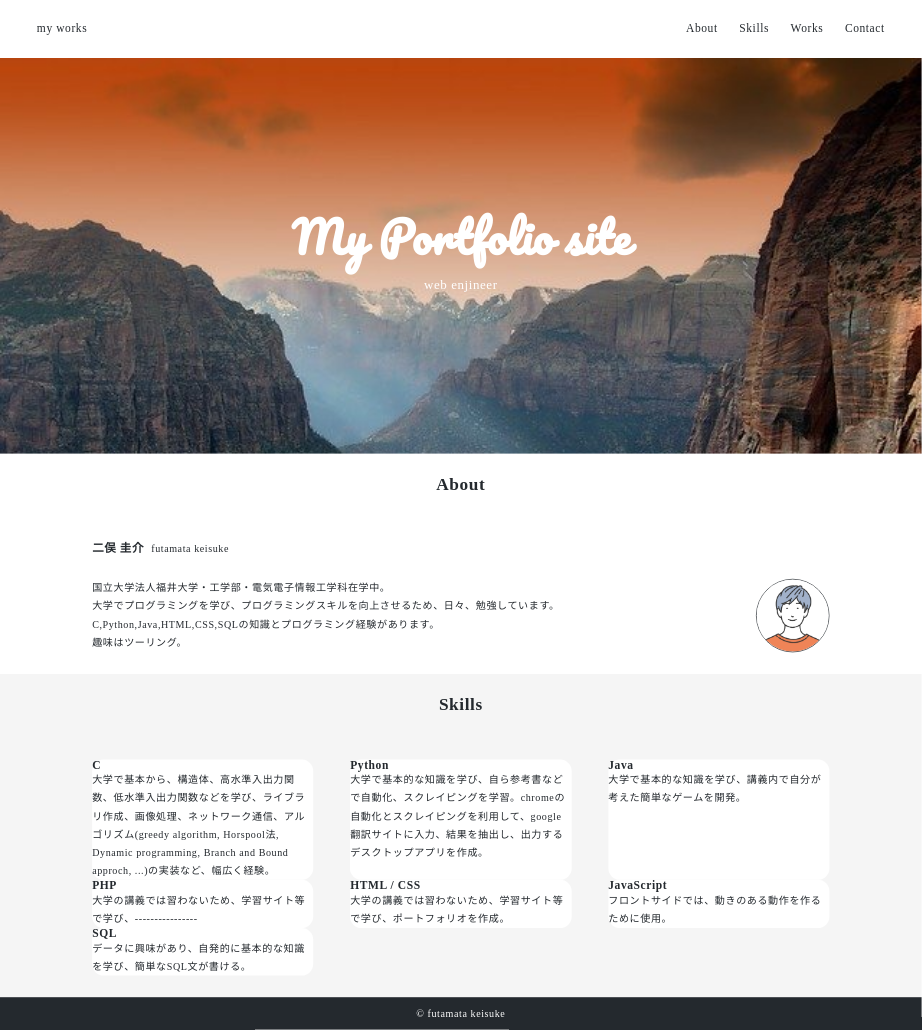
Repository: F-ksk/portfolio
Page: index.html
The author's editor kept a copy of each file at every save. The page is drawn from the files as they stood at one save, then again after the next save.
The browser window is 1280 px wide. The pictures show the whole page, at 72% of full size.

Above is the page before, as saved 2023-06-29 12:36:19.

### index.html
<!DOCTYPE html>
<html>
    <head>
        <meta charset="UTF-8" />
        <meta http-equiv="X-UA-Compatible" content="IE=edge" />
        <meta name="viewport" content="width=device-width, initial-scale=1.0" />
        <meta name="robots" content="noindex" />
        <title>My Portfolio</title>
        <link rel="stylesheet" href="css/reset.css" />
        <link rel="stylesheet" href="css/style.css" />
    </head>
    <body>

        <header>
            <a href="index.html">my works</a>
            <nav>
                <ul>
                    <li>About</li>
                    <li>Skills</li>
                    <li>Works</li>
                    <li>Contact</li>
                </ul>
            </nav>
        </header>

        <div class="main-visual">
            <div>
                <h1>My Portfolio site</h1>
                <p>web enjineer</p>
            </div>
        </div>

        <section id="about">
            <h2>About</h2>
            <div id="about-name">
                <h3>二俣 圭介</h3>
                <p>futamata keisuke</p>
            </div>
            <div id="about-detail">
                <p>
                    国立大学法人福井大学・工学部・電気電子情報工学科在学中。<br>
                    大学でプログラミングを学び、プログラミングスキルを向上させるため、日々、勉強しています。
                    C,Python,Java,HTML,CSS,SQLの知識とプログラミング経験があります。<br>
                    趣味はツーリング。
                </p>
                <img src="./img/man.jpg">
            </div>
        </section>
        <section id="skills">
            <h2>Skills</h2>
            <div class="skill-list">
                <div class="skill-item">
                    <h3>C</h3>
                    <p>大学で基本から、構造体、高水準入出力関数、低水準入出力関数などを学び、ライブラリ作成、画像処理、ネットワーク通信、アルゴリズム(greedy algorithm, Horspool法, Dynamic programming, Branch and Bound approch, ...)の実装など、幅広く経験。</p>
                </div>
                <div class="skill-item">
                    <h3>Python</h3>
                    <p>大学で基本的な知識を学び、自ら参考書などで自動化、スクレイピングを学習。chromeの自動化とスクレイピングを利用して、google翻訳サイトに入力、結果を抽出し、出力するデスクトップアプリを作成。</p>
                </div>
                <div class="skill-item">
                    <h3>Java</h3>
                    <p>大学で基本的な知識を学び、講義内で自分が考えた簡単なゲームを開発。</p>
                </div>
                <div class="skill-item">
                    <h3>PHP</h3>
                    <p>大学の講義では習わないため、学習サイト等で学び、----------------</p>
                </div>
                <div class="skill-item">
                    <h3>HTML / CSS</h3>
                    <p>大学の講義では習わないため、学習サイト等で学び、ポートフォリオを作成。</p>
                </div>
                <div class="skill-item">
                    <h3>JavaScript</h3>
                    <p>フロントサイドでは、動きのある動作を作るために使用。</p>
                </div>
                <div class="skill-item">
                    <h3>SQL</h3>
                    <p>データに興味があり、自発的に基本的な知識を学び、簡単なSQL文が書ける。</p>
                </div>
            </div>
        </section>
        <footer>
            <p>&copy; futamata keisuke</p>
        </footer>
    </body>
</html>

### css/style.css
@charset "UTF-8";
@import url('https://fonts.googleapis.com/css2?family=Roboto:wght@100;300;400;500;700;900&display=swap');
@import url('https://fonts.googleapis.com/css2?family=Noto+Sans+JP:wght@300;400;500;700;900&display=swap');
@import url('https://fonts.googleapis.com/css2?family=Pacifico&display=swap');

html {
  font-size: 100%;
}

body {
    color: #24292e;
    letter-spacing: 0.05em;
}

a,a:visited {
    color: #24292e;
    text-decoration: none;
}

img {
    max-width: 100%;
}

li {
    list-style: none;
}

p {
    line-height: 1.8;
    font-size: 14px;
}

h1 {
    font-size: 60px;
    font-family: 'Pacifico';
}

h2 {
    font-size: 1.5rem;
    text-align: center;
    margin-bottom: 65px;
}

h3 {
    font-size: 16px;
}

header {
    max-width: 100%;
    background-color: #fff;
    display: flex;
    justify-content: space-between;
    height: 80px;
    padding: 0 4%;
    align-items: center;
    position: sticky;
    top: 0;
}

header ul {
    display: flex;
}

header li {
    margin-left: 30px;
}

.main-visual {
    width: 100%;
    height: 550px;
    background-image: url(../img/mountain.jpg);
    background-size: cover;
    color: #FFF;
    text-align: center;
    display: flex;
    justify-content: center;
    align-items: center;
}

.main-visual p {
    margin-top: 20px;
    font-size: 18px;
}

#about-name{
    display: flex;
    justify-content: flex-start;
    align-items: center;
}

#about h3 {
    margin-right: 10px;
}

#about p {
    width: 80%;
}

#about-detail {
    margin-top: 30px;
    display: flex;
    justify-content: space-between;
}

#about img {
    width: 100px;
    height: 100px;
    border-radius: 50%;
    object-fit: cover;
    border-style: solid;
    border-width: 1px;
}

section {
    padding: 30px 10%;
}

#skills {
    background-color: #f5f5f5;
}

.skill-list {
    display: flex;
    justify-content: space-between;
    flex-wrap: wrap;
}

.skill-item {
    width: 30%;
    background-color: #fff;
    border-radius: 16px;
}

footer {
    background-color: #24292e;
    color: #fff;
    font-size:  0.5rem;
    padding: 10px 20px;
    text-align: center;
}

Loaded but not shown: css/reset.css (common file)

After the next save:
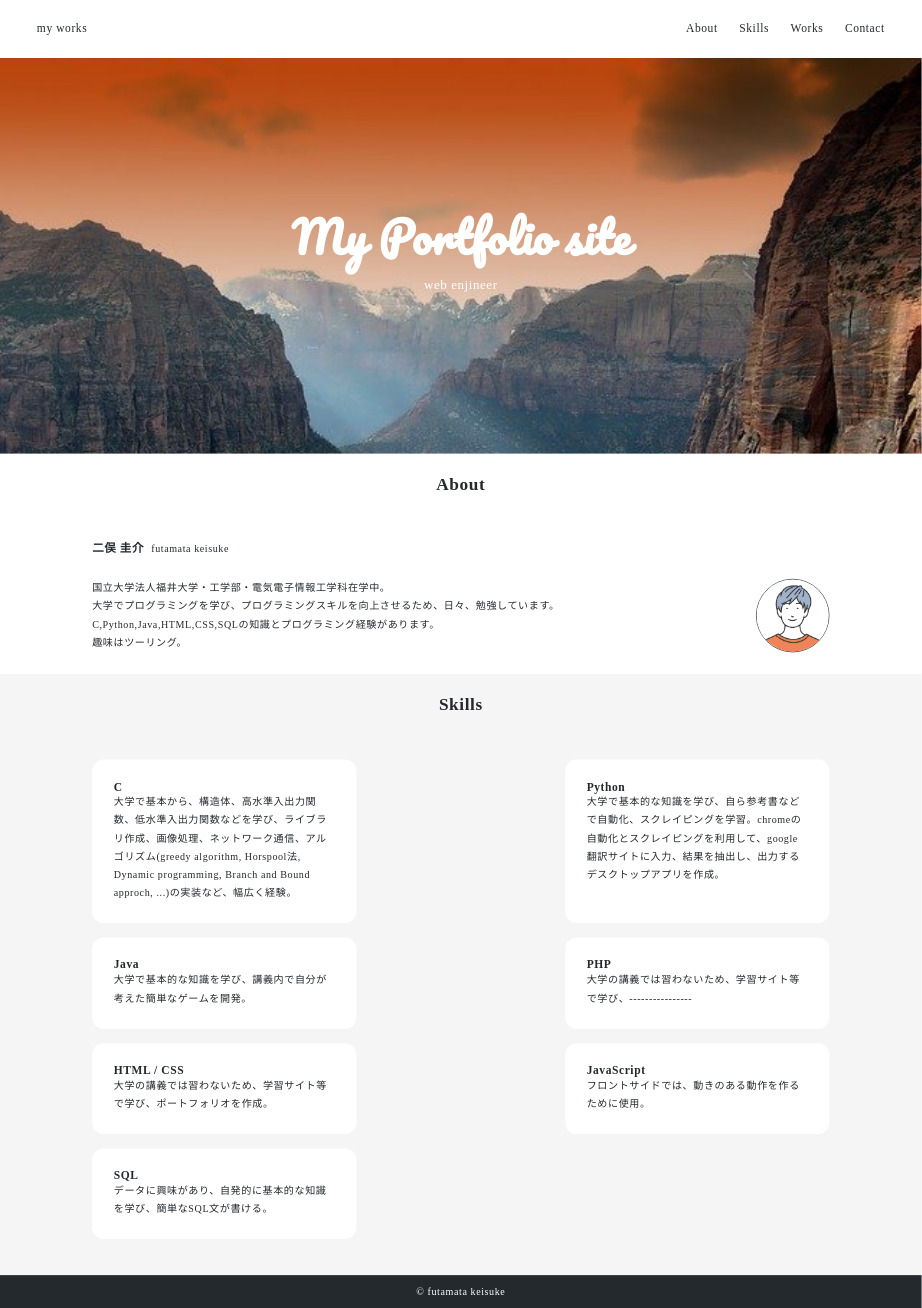
Saved 82 s later.
--- a/css/style.css
+++ b/css/style.css
@@ -129,6 +129,8 @@ section {
     width: 30%;
     background-color: #fff;
     border-radius: 16px;
+    margin-bottom: 20px;
+    padding: 30px;
 }
 
 footer {
